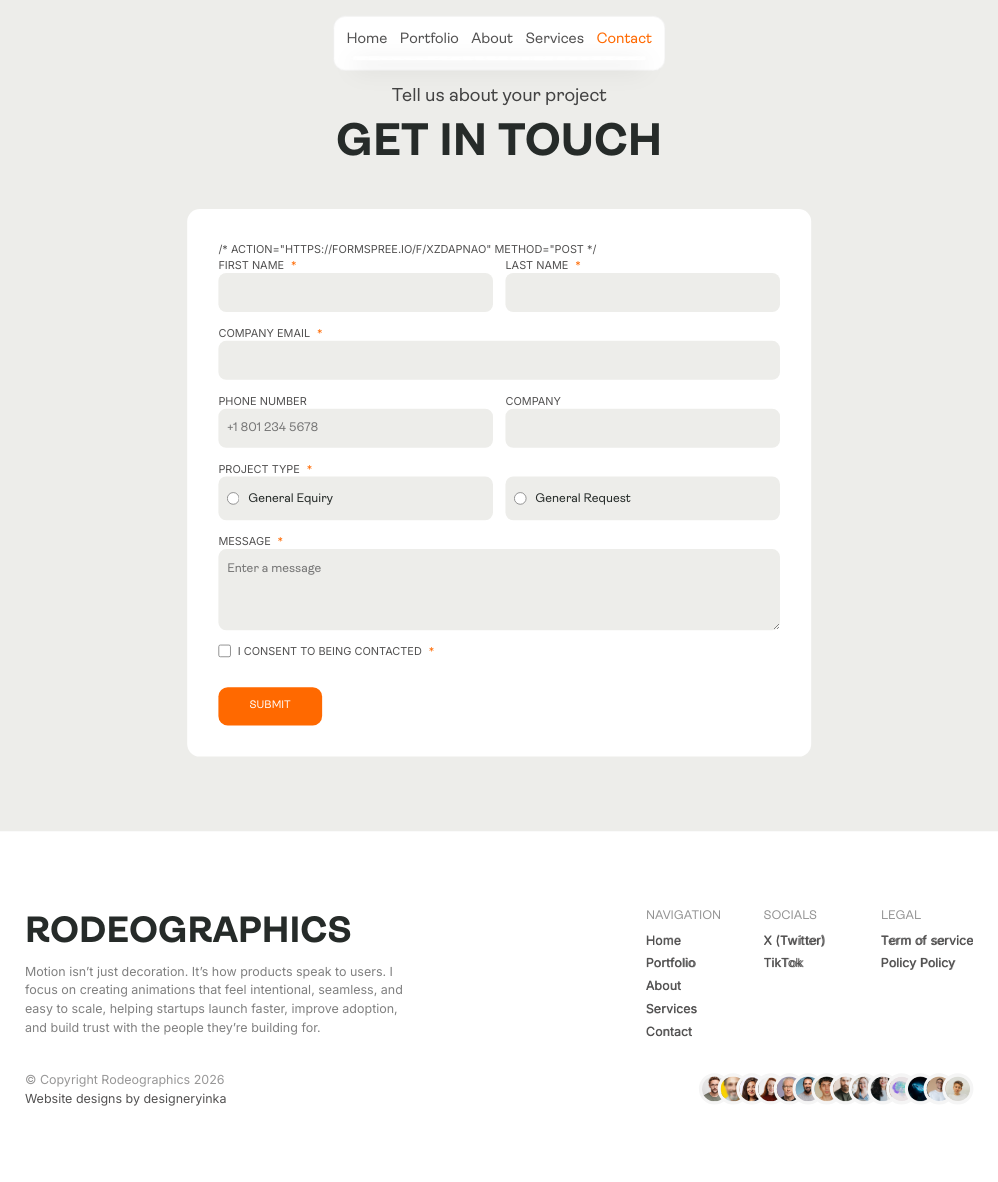
Repository: Ajeyinka/RodeoGraphics
Page: contact.html
An editor plug-in stored every save of this project. The page is shown before and after the next save, followed by the edit.
The browser window is 1280 px wide. The pictures show the whole page, at 78% of full size.

Above is the page before, as saved 2026-02-21 23:02:36.
Console error: ReferenceError: gsap is not defined

### contact.html
<!DOCTYPE html>
<html lang="en">
  <head>
    <meta charset="UTF-8" />
    <meta name="viewport" content="width=device-width, initial-scale=1.0" />
    <title>Contact | Motion Design for Startups</title>

    <meta
      name="description"
      content="Get in touch to discuss motion design for your product, startup, or upcoming launch."
    />
    <meta property="og:title" content="Contact | Motion Design for Startups" />
    <meta
      property="og:description"
      content="Get in touch to discuss motion design for your product, startup, or upcoming launch."
    />
    <meta property="og:image" content="" />
    <meta property="og:type" content="website" />
    <meta property="og:url" content="" />
    <script src="script.js" defer></script>
    <link rel="stylesheet" href="style.css" />
    <link
      rel="shortcut icon"
      href="images/favicon.ico.png"
      sizes="32x32"
      type="image/png"
    />
  </head>
  <body>
    <nav class="section_nav">
      <div class="container_large">
        <div class="container_nav">
          <div class="two-col-flex">
            <div class="nav_brand">
              <a href="index.html" class="nav_brand-link">
                <span>Rodeographics</span>
              </a>
            </div>
            <a href="#" class="toggle_button" id="toggle_button">
              <span class="bar one"></span>
              <span class="bar two"></span>
            </a>
          </div>
          <!-- Brand / Logo -->

          <!-- Navigation Menu -->
          <div class="nav_menu">
            <ul class="nav_list">
              <li class="nav_item">
                <a href="index.html" class="nav_link">Home</a>
              </li>
              <li class="nav_item">
                <a href="portfolio.html" class="nav_link">Portfolio</a>
              </li>

              <li class="nav_item">
                <a href="about.html" class="nav_link">About</a>
              </li>

              <li class="nav_item">
                <a href="services.html" class="nav_link">Services</a>
              </li>

              <li class="nav_item">
                <a href="contact.html" class="nav_link">Contact</a>
              </li>
            </ul>
          </div>
        </div>
      </div>
    </nav>

    <main>
      <section class="section_contact">
        <div class="container_large">
          <div class="padding_global">
            <div class="form_component">
              <div class="title-top">
                <p class="tag">Tell us about your project</p>
                <h1>GET IN TOUCH</h1>
              </div>
            </div>
            <div class="form-block">
              /* action="https://formspree.io/f/xzdapnao" method="POST */
              <form novalidate>
                <div class="form-group">
                  <label for="fname">First Name</label>
                  <input
                    type="text"
                    name="first_name"
                    class="input"
                    id="fName"
                    required
                  />
                  <span class="error-message" aria-live="polite"></span>
                </div>
                <div class="form-group">
                  <label for="lname">Last Name</label>
                  <input
                    type="text"
                    name="last_name"
                    class="input"
                    id="lName"
                    required
                  />
                  <span class="error-message" aria-live="polite"></span>
                </div>
                <div class="form-group span-all">
                  <label for="email">Company Email</label>
                  <input
                    type="email"
                    name="company_email"
                    class="input"
                    id="email"
                    required
                  />
                  <span class="error-message" aria-live="polite"></span>
                </div>
                <div class="form-group">
                  <label for="tel"> Phone Number</label>
                  <input
                    type="tel"
                    class="input phone-input"
                    placeholder="+1 801 234 5678"
                    inputmode="tel"
                    autocomplete="tel"
                    id="tel"
                  />
                  <span class="error-message" aria-live="polite"></span>
                </div>

                <div class="form-group">
                  <label for="company">Company</label>

                  <input
                    type="text"
                    name="company"
                    class="input"
                    id="company"
                  />
                  <span class="error-message" aria-live="polite"></span>
                </div>

                <fieldset class="span-all">
                  <legend>Project Type</legend>

                  <div class="form-group">
                    <input
                      type="radio"
                      id="general"
                      name="project"
                      value="General Equiry"
                      required
                    />
                    <label for="general">General Equiry</label>
                  </div>

                  <div class="form-group">
                    <input
                      type="radio"
                      id="support"
                      name="project"
                      value="General Requesr"
                      required
                    />
                    <label for="support">General Request</label>
                  </div>
                  <span class="error-message" aria-live="polite"></span>
                </fieldset>

                <div class="form-group span-all">
                  <label for="message">Message</label>
                  <textarea
                    name="textarea"
                    id="textarea"
                    class="input"
                    placeholder="Enter a message"
                    required
                  ></textarea>
                  <span class="error-message" aria-live="polite"></span>
                </div>
                <div class="form-group span-all">
                  <input type="checkbox" name="consent" id="consent" required />
                  <label for="consent">I consent to being contacted</label>
                  <span class="error-message" aria-live="polite"></span>
                </div>

                <div class="input-submit">
                  <button type="submit" class="button-submit button">
                    <span class="text text-primary">Submit</span>
                  </button>
                </div>
                <div class="form-success">
                  Thanks for reaching out. I’ll get back to you within 24 hours.
                </div>
              </form>
            </div>
          </div>
        </div>
      </section>
    </main>
    <footer>
      <div class="container_large">
        <div class="padding_global">
          <div class="footer-grid">
            <div class="footer-left">
              <h2>Rodeographics</h2>
              <p>
                Motion isn’t just decoration. It’s how products speak to users.
                I focus on creating animations that feel intentional, seamless,
                and easy to scale, helping startups launch faster, improve
                adoption, and build trust with the people they’re building for.
              </p>
            </div>
            <div class="footer-right">
              <div class="footer_link-wrapper">
                <div class="footer_links">
                  <h4>Navigation</h4>
                  <a href="index.html" class="footer_link">Home</a>
                  <a href="portfolio.html" class="footer_link">Portfolio</a>
                  <a href="about.html" class="footer_link">About</a>
                  <a href="services.html" class="footer_link">Services</a>
                  <a href="contact.html" class="footer_link">Contact</a>
                </div>
                <div class="footer_links">
                  <h4>Socials</h4>
                  <a href="https://x.com/designerola01" class="footer_link"
                    >X (Twitter)</a
                  >

                  <a
                    href="https://www.tiktok.com/@rodeodesigns?_r=1&_t=ZS-93MZgyCcf5N"
                    class="footer_link"
                    >TikTok</a
                  >
                </div>
                <div class="footer_links">
                  <h4>Legal</h4>
                  <a href="services.html" class="footer_link"
                    >Term of service</a
                  >

                  <a href="privacy.html" class="footer_link">Policy Policy</a>
                </div>
              </div>
            </div>
          </div>
          <div class="footer-bottom">
            <div>
              <p class="Copyright">© Copyright Rodeographics 2026</p>
              <a href="https://designeryinka.com/" target="_blank"
                >Website designs by designeryinka</a
              >
            </div>

            <div class="footer_proof">
              <img src="images/1.png" alt="" />
              <img src="images/2.png" alt="" />
              <img src="images/3.png" alt="" />
              <img src="images/4.png" alt="" />
              <img src="images/5.png" alt="" />
              <img src="images/6.png" alt="" />
              <img src="images/adewale.png" alt="" />
              <img src="images/adewale1.png" alt="" />
              <img src="images/adewale2.png" alt="" />
              <img src="images/adewale4.png" alt="" />
              <img src="images/adewalw5.png" alt="" />
              <img src="images/adewale6.png" alt="" />
              <img src="images/adewale7.png" alt="" />
              <img src="images/adewalw8.png" alt="" />
            </div>
          </div>
        </div>
      </div>
    </footer>
  </body>
</html>

Loaded but not shown: script.js (358 lines, source omitted); style.css (1984 lines, source omitted)

After the next save:
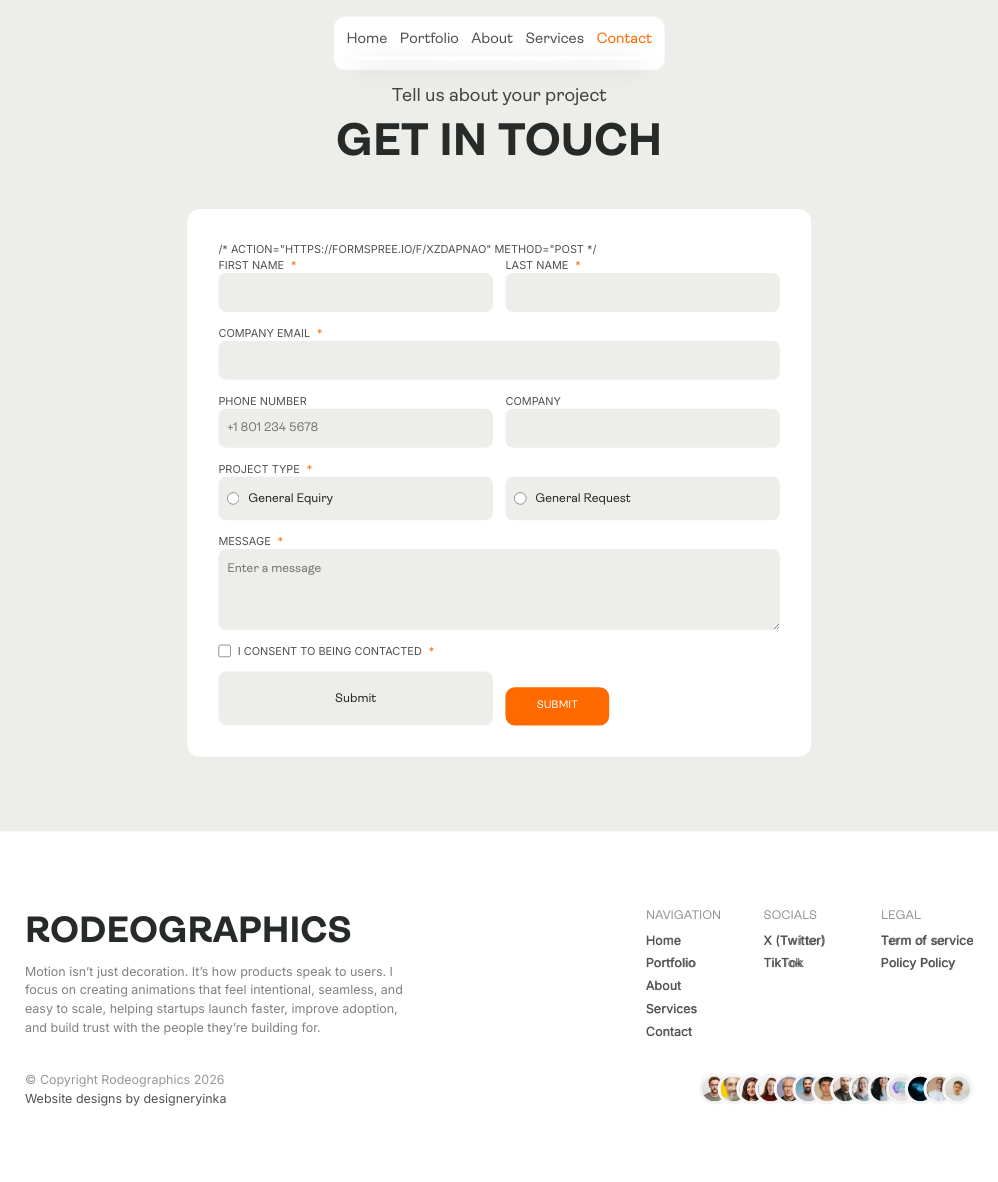
Saved 52 s later.
--- a/contact.html
+++ b/contact.html
@@ -185,6 +185,8 @@
                   <span class="error-message" aria-live="polite"></span>
                 </div>
 
+                <input type="submit" value="Submit" />
+
                 <div class="input-submit">
                   <button type="submit" class="button-submit button">
                     <span class="text text-primary">Submit</span>
